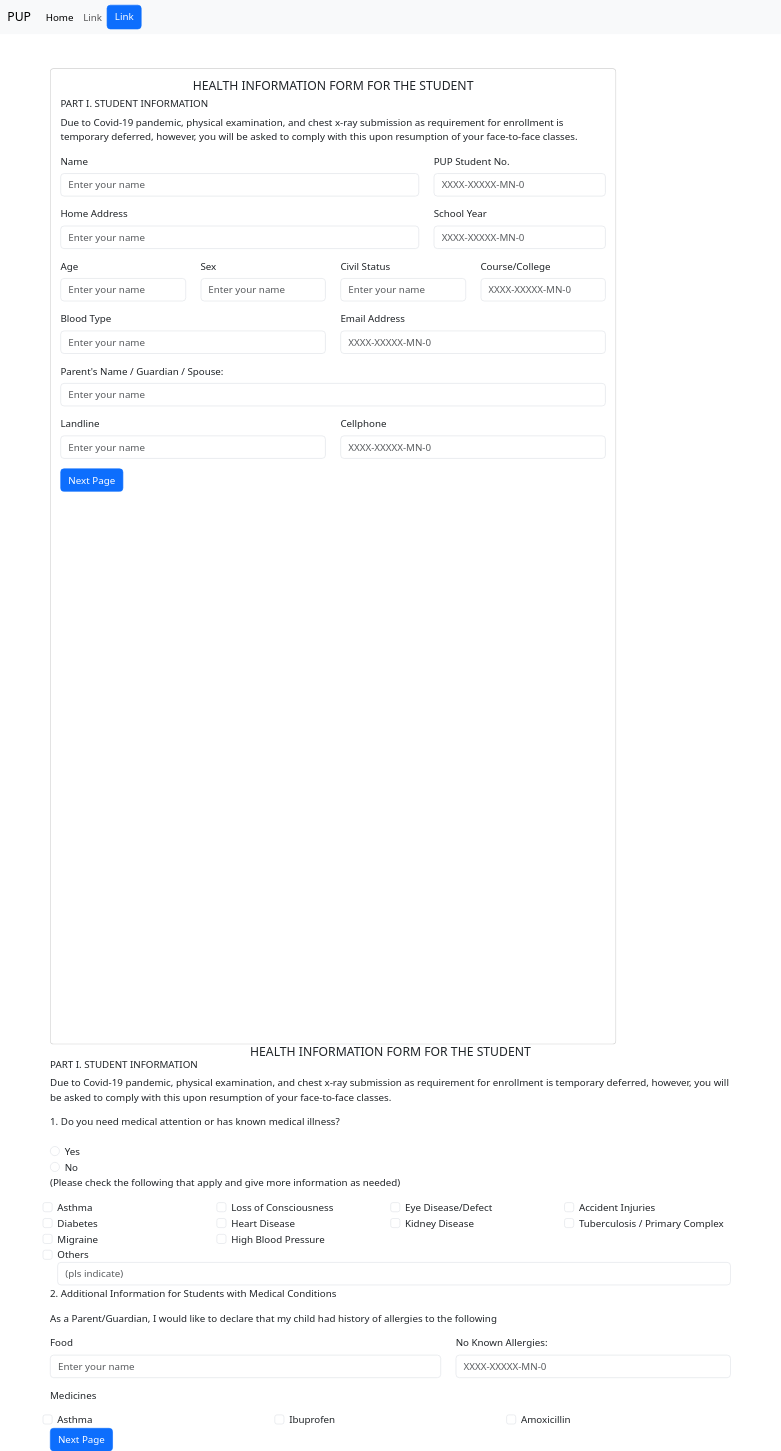
Repository: Nicktacku/webdev
Page: form.html
An editor plug-in stored every save of this project. The page is shown before and after the next save, followed by the edit.
The browser window is 1280 px wide. The pictures show the whole page, at 61% of full size.

Above is the page before, as saved 2024-07-15 19:01:57.

### form.html
<!DOCTYPE html>
<html lang="en">
  <head>
    <meta charset="UTF-8" />
    <meta name="viewport" content="width=device-width, initial-scale=1.0" />
    <title>Document</title>
    <link
      href="https://cdn.jsdelivr.net/npm/bootstrap@5.3.3/dist/css/bootstrap.min.css"
      rel="stylesheet"
      integrity="sha384-QWTKZyjpPEjISv5WaRU9OFeRpok6YctnYmDr5pNlyT2bRjXh0JMhjY6hW+ALEwIH"
      crossorigin="anonymous"
    />
  </head>
  <body>
    <!-- Navbar -->
    <nav class="navbar navbar-expand-lg bg-body-tertiary">
        <div class="container-fluid">
          <a class="navbar-brand" href="#">PUP</a>
          <button
            class="navbar-toggler"
            type="button"
            data-bs-toggle="collapse"
            data-bs-target="#navbarSupportedContent"
            aria-controls="navbarSupportedContent"
            aria-expanded="false"
            aria-label="Toggle navigation"
          >
            <span class="navbar-toggler-icon"></span>
          </button>
          <div class="collapse navbar-collapse" id="navbarSupportedContent">
            <ul class="navbar-nav me-auto mb-2 mb-lg-0">
              <li class="nav-item">
                <a class="nav-link active" aria-current="page" href="#">Home</a>
              </li>
              <li class="nav-item">
                <a class="nav-link" href="#">Link</a>
              </li>

              <a class="btn btn-primary" href="form.html" role="button">Link</a>
          </div>
        </div>
      </nav>

    <div
      class="container mt-2 pt-5"
    >


    <div class="card" style="width: 58rem; height: 100rem">

        <!-- section 1 -->
        <div class="card-body" id="section-1">
          <h5 class="card-title d-flex justify-content-center">HEALTH INFORMATION FORM FOR THE STUDENT</h5>
          <h6 class="card-text">PART I. STUDENT INFORMATION</h6>
          <p class="card-text">Due to Covid-19 pandemic, physical examination, and chest x-ray submission as requirement for enrollment is
            temporary deferred, however, you will be asked to comply with this upon resumption of your face-to-face classes.</p>

            <div class="row">
                <div class="col-8">
                    <div class="mb-3">
                        <label for="name" class="form-label">Name</label>
                        <input type="text" class="form-control" id="name-input" placeholder="Enter your name">
                      </div>
                </div>
                <div class="col">
                    <div class="mb-3">
                        <label for="name" class="form-label">PUP Student No.</label>
                        <input type="text" class="form-control" id="name-input" placeholder="XXXX-XXXXX-MN-0">
                      </div>
                </div>
            </div>

            <div class="row">
                <div class="col-8">
                    <div class="mb-3">
                        <label for="name" class="form-label">Home Address</label>
                        <input type="text" class="form-control" id="name-input" placeholder="Enter your name">
                      </div>
                </div>
                <div class="col">
                    <div class="mb-3">
                        <label for="name" class="form-label">School Year</label>
                        <input type="text" class="form-control" id="name-input" placeholder="XXXX-XXXXX-MN-0">
                      </div>
                </div>
            </div>

            <div class="row">
                <div class="col-3">
                    <div class="mb-3">
                        <label for="name" class="form-label">Age</label>
                        <input type="text" class="form-control" id="name-input" placeholder="Enter your name">
                      </div>
                </div>
                <div class="col-3">
                    <div class="mb-3">
                        <label for="name" class="form-label">Sex</label>
                        <input type="text" class="form-control" id="name-input" placeholder="Enter your name">
                      </div>
                </div>
                <div class="col-3">
                    <div class="mb-3">
                        <label for="name" class="form-label">Civil Status</label>
                        <input type="text" class="form-control" id="name-input" placeholder="Enter your name">
                      </div>
                </div>
                <div class="col">
                    <div class="mb-3">
                        <label for="name" class="form-label">Course/College</label>
                        <input type="text" class="form-control" id="name-input" placeholder="XXXX-XXXXX-MN-0">
                      </div>
                </div>
            </div>

            <div class="row">
                <div class="col-6">
                    <div class="mb-3">
                        <label for="name" class="form-label">Blood Type</label>
                        <input type="text" class="form-control" id="name-input" placeholder="Enter your name">
                      </div>
                </div>
                <div class="col">
                    <div class="mb-3">
                        <label for="name" class="form-label">Email Address</label>
                        <input type="text" class="form-control" id="name-input" placeholder="XXXX-XXXXX-MN-0">
                      </div>
                </div>
            </div>

            <div class="row">
                <div class="col">
                    <div class="mb-3">
                        <label for="name" class="form-label">Parent's Name / Guardian / Spouse:</label>
                        <input type="text" class="form-control" id="name-input" placeholder="Enter your name">
                      </div>
                </div>
            </div>

            <div class="row">
                <div class="col-6">
                    <div class="mb-3">
                        <label for="name" class="form-label">Landline</label>
                        <input type="text" class="form-control" id="name-input" placeholder="Enter your name">
                      </div>
                </div>
                <div class="col">
                    <div class="mb-3">
                        <label for="name" class="form-label">Cellphone</label>
                        <input type="text" class="form-control" id="name-input" placeholder="XXXX-XXXXX-MN-0">
                      </div>
                </div>
            </div>

          <a href="#" class="btn btn-primary">Next Page</a>
        </div>
      </div>

      <!-- Section 2 -->
      <div class="card-body" id="section-2">
        <h5 class="card-title d-flex justify-content-center">HEALTH INFORMATION FORM FOR THE STUDENT</h5>
        <h6 class="card-text">PART I. STUDENT INFORMATION</h6>
        <p class="card-text">Due to Covid-19 pandemic, physical examination, and chest x-ray submission as requirement for enrollment is
          temporary deferred, however, you will be asked to comply with this upon resumption of your face-to-face classes.</p>

          <div class="row">
            <div class="col-12">
                <div class="mb-3">
                    <label for="name" class="form-label">1. Do you need medical attention or has known medical illness?</label>
                </div>
                <div class="form-check">
                    <input class="form-check-input" type="radio" name="flexRadioDefault" id="flexRadioDefault1">
                    <label class="form-check-label" for="flexRadioDefault1">
                      Yes
                    </label>
                  </div>
                  <div class="form-check">
                    <input class="form-check-input" type="radio" name="flexRadioDefault" id="flexRadioDefault2">
                    <label class="form-check-label" for="flexRadioDefault2">
                      No
                    </label>
                  </div>

                  <div class="row">
                    <p class="col-12">(Please check the following that apply and give more information as needed)</p>
                    <div class="form-check col-3">
                        <input class="form-check-input" type="checkbox" value="" id="flexCheckDefault">
                        <label class="form-check-label" for="flexCheckDefault">
                          Asthma
                    </label>
                    </div>
                    <div class="form-check col-3">
                        <input class="form-check-input" type="checkbox" value="" id="flexCheckDefault">
                        <label class="form-check-label" for="flexCheckDefault">
                            Loss of Consciousness
                    </label>
                    </div>
                    <div class="form-check col-3">
                        <input class="form-check-input" type="checkbox" value="" id="flexCheckDefault">
                        <label class="form-check-label" for="flexCheckDefault">
                            Eye Disease/Defect
                    </label>
                    </div>
                    <div class="form-check col-3">
                        <input class="form-check-input" type="checkbox" value="" id="flexCheckDefault">
                        <label class="form-check-label" for="flexCheckDefault">
                            Accident Injuries
                    </label>
                    </div>
                    <div class="form-check col-3">
                        <input class="form-check-input" type="checkbox" value="" id="flexCheckDefault">
                        <label class="form-check-label" for="flexCheckDefault">
                            Diabetes
                    </label>
                    </div>
                    <div class="form-check col-3">
                        <input class="form-check-input" type="checkbox" value="" id="flexCheckDefault">
                        <label class="form-check-label" for="flexCheckDefault">
                            Heart Disease
                    </label>
                    </div>
                    <div class="form-check col-3">
                        <input class="form-check-input" type="checkbox" value="" id="flexCheckDefault">
                        <label class="form-check-label" for="flexCheckDefault">
                            Kidney Disease
                    </label>
                    </div>
                    <div class="form-check col-3">
                        <input class="form-check-input" type="checkbox" value="" id="flexCheckDefault">
                        <label class="form-check-label" for="flexCheckDefault">
                            Tuberculosis / Primary Complex
                    </label>
                    </div>
                    <div class="form-check col-3">
                        <input class="form-check-input" type="checkbox" value="" id="flexCheckDefault">
                        <label class="form-check-label" for="flexCheckDefault">
                            Migraine
                    </label>
                    </div>
                    <div class="form-check col-3">
                        <input class="form-check-input" type="checkbox" value="" id="flexCheckDefault">
                        <label class="form-check-label" for="flexCheckDefault">
                            High Blood Pressure
                    </label>
                    </div>
                    <div class="form-check col-12">
                        <input class="form-check-input" type="checkbox" value="" id="flexCheckDefault">
                        <label class="form-check-label" for="flexCheckDefault">
                            Others
                        </label>
                        <input type="text" class="form-control" id="name-input" placeholder="(pls indicate)">
                    </div>
                  </div>
            </div>

            <div class="col">
                <p>2. Additional Information for Students with Medical Conditions</p>
                <p>As a Parent/Guardian, I would like to declare that my child had history of allergies to the following</p>

                <div class="row">
                    <div class="col-7">
                        <div class="mb-3">
                            <label for="name" class="form-label">Food</label>
                            <input type="text" class="form-control" id="name-input" placeholder="Enter your name">
                          </div>
                    </div>
                    <div class="col-5">
                        <div class="mb-3">
                            <label for="name" class="form-label">No Known Allergies:</label>
                            <input type="text" class="form-control" id="name-input" placeholder="XXXX-XXXXX-MN-0">
                          </div>
                    </div>

                        <p class="col-12">Medicines</p>
                        <div class="form-check col-4">
                            <input class="form-check-input" type="checkbox" value="" id="flexCheckDefault">
                            <label class="form-check-label" for="flexCheckDefault">
                              Asthma
                        </label>
                        </div>
                        <div class="form-check col-4">
                            <input class="form-check-input" type="checkbox" value="" id="flexCheckDefault">
                            <label class="form-check-label" for="flexCheckDefault">
                              Ibuprofen
                        </label>
                        </div>
                        <div class="form-check col-4">
                            <input class="form-check-input" type="checkbox" value="" id="flexCheckDefault">
                            <label class="form-check-label" for="flexCheckDefault">
                            Amoxicillin
                        </label>
                        </div>
                </div>

            </div>
          </div>

        <a href="#" class="btn btn-primary">Next Page</a>
      </div>
    </div>


    <script
      src="https://cdn.jsdelivr.net/npm/bootstrap@5.3.3/dist/js/bootstrap.bundle.min.js"
      integrity="sha384-YvpcrYf0tY3lHB60NNkmXc5s9fDVZLESaAA55NDzOxhy9GkcIdslK1eN7N6jIeHz"
      crossorigin="anonymous"
    ></script>
  </body>
</html>

After the next save:
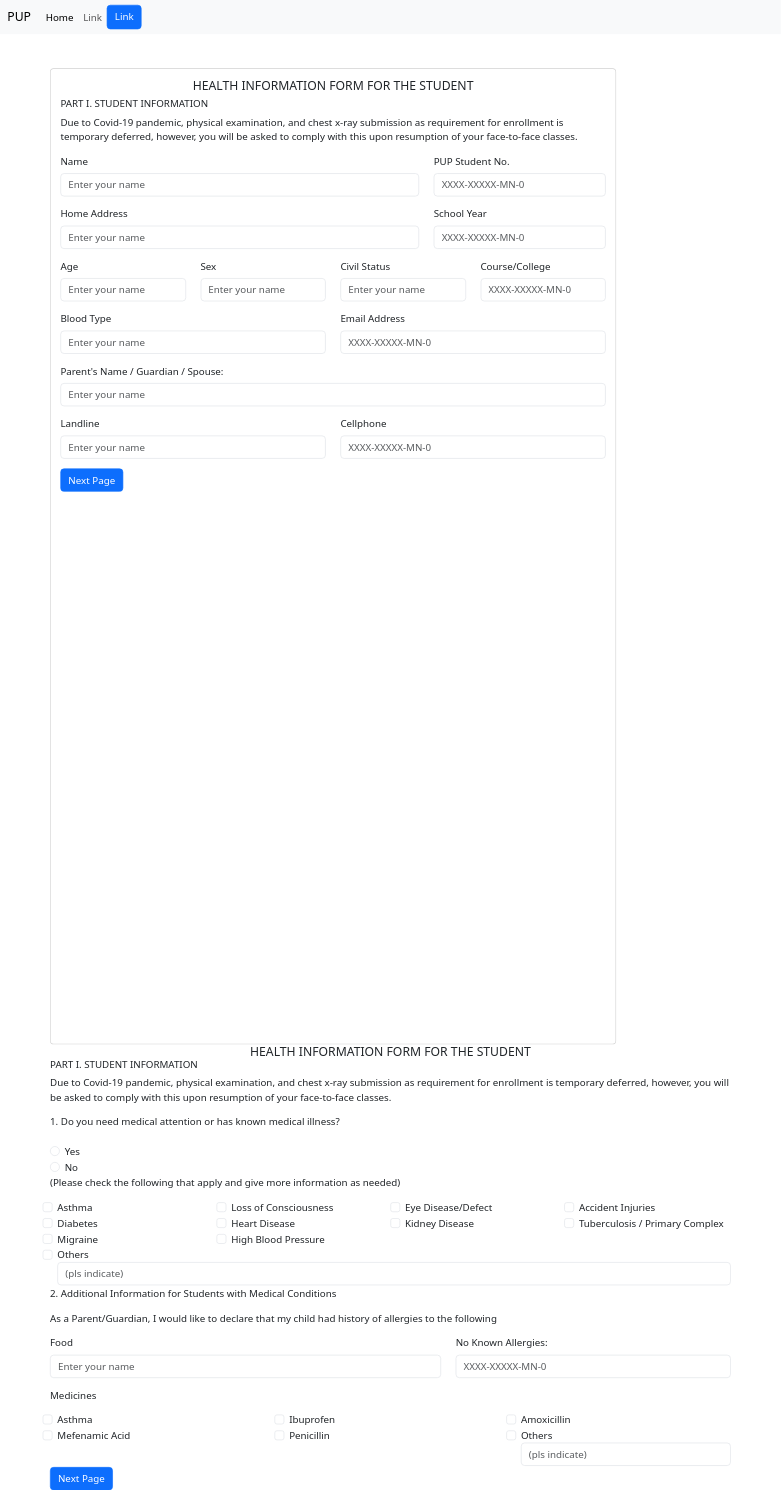
Saved 2 min 6 s later.
--- a/form.html
+++ b/form.html
@@ -289,6 +289,26 @@
                             Amoxicillin
                         </label>
                         </div>
+
+                        <div class="form-check col-4">
+                            <input class="form-check-input" type="checkbox" value="" id="flexCheckDefault">
+                            <label class="form-check-label" for="flexCheckDefault">
+                                Mefenamic Acid
+                        </label>
+                        </div>
+                        <div class="form-check col-4">
+                            <input class="form-check-input" type="checkbox" value="" id="flexCheckDefault">
+                            <label class="form-check-label" for="flexCheckDefault">
+                                Penicillin
+                        </label>
+                        </div>
+                        <div class="form-check col-4">
+                            <input class="form-check-input" type="checkbox" value="" id="flexCheckDefault">
+                            <label class="form-check-label" for="flexCheckDefault">
+                            Others
+                            </label>
+                            <input type="text" class="form-control" id="name-input" placeholder="(pls indicate)">
+                        </div>
                 </div>
 
             </div>
